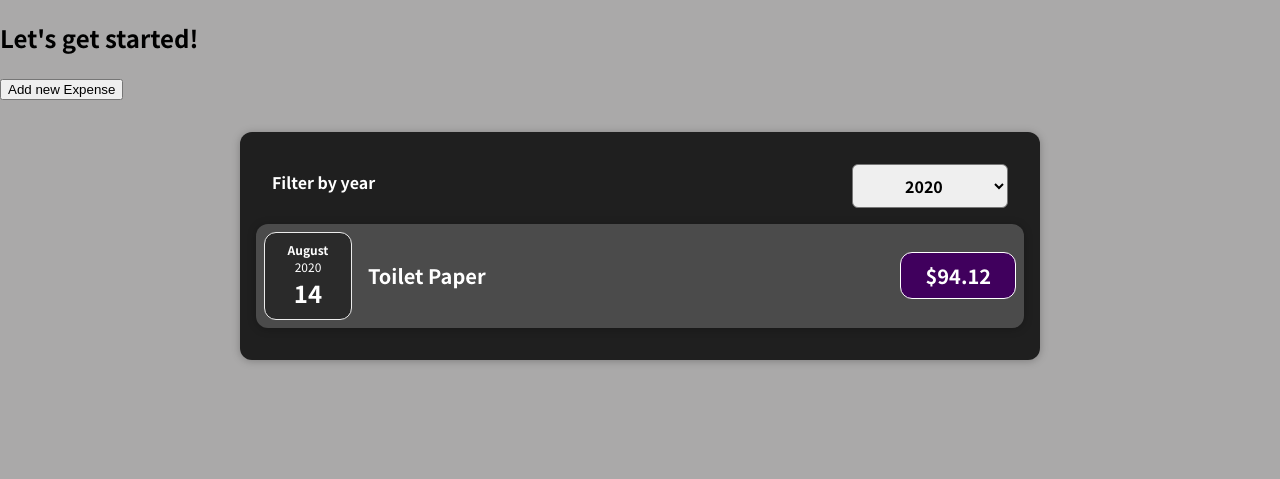
Repository: otvertka/MSC
Page: /
An editor plug-in stored every save of this project. The page is shown before and after the next save, followed by the edit.
The browser window is 1280 px wide. The pictures show the whole page.
The project was rebuilt for these pictures with package versions that can differ from the ones it lists, and the page was loaded fresh each time. Also part of the build but not shown: src/components/NewExpense/ExpenseForm.css, src/components/NewExpense/ExpenseForm.js.

Above is the page before, as saved 2023-07-01 10:56:32.

### src/index.css
@import url("https://fonts.googleapis.com/css2?family=Noto+Sans+JP:wght@400;700&display=swap");

* {
  box-sizing: border-box;
}

html {
  font-family: "Noto Sans JP", sans-serif;
}

body {
  margin: 0;
  background-color: #aaa9a9;
}

### src/App.js
// import ExpenseItem from "./components/ExpenseItem";
import React, { useState } from "react";
import Expenses from "./components/Expenses/Expenses";
import NewExpense from "./components/NewExpense/NewExpense";

const DUMMY_EXPENSES = [
  {
    id: "e1",
    title: "Toilet Paper",
    amount: 94.12,
    date: new Date(2020, 7, 14),
  },
  { id: "e2", title: "New TV", amount: 799.49, date: new Date(2021, 2, 12) },
  {
    id: "e3",
    title: "Car Insurance",
    amount: 294.67,
    date: new Date(2021, 2, 28),
  },
  {
    id: "e4",
    title: "New Desk (Wooden)",
    amount: 450,
    date: new Date(2021, 5, 12),
  },
];

const App = () => {
  const [expenses, setExpenses] = useState(DUMMY_EXPENSES);

  const addExpenseHandler = (expense) => {
    setExpenses((prevExpenses) => {
      return [expense, ...prevExpenses];
    });
    // setExpenses([expense, ...expenses]);
  };

  return (
    <div>
      <h2>Let's get started!</h2>
      <NewExpense onAddExpense={addExpenseHandler} />
      <Expenses items={expenses} />
    </div>
  );
};

export default App;

### src/components/Expenses/Expenses.js
import React, { useState } from "react";

import "./Expenses.css";
import Card from "../UI/Card";
import ExpensesFilter from "./ExpensesFilter";
import ExpensesList from "./ExpensesList";

const Expenses = (props) => {
  const [filteredYear, setFilteredYear] = useState("2020");

  const filterChangeHandler = (selectedYear) => {
    setFilteredYear(selectedYear);
  };

  const filteredExpenses = props.items.filter((expense) => {
    return expense.date.getFullYear().toString() === filteredYear;
  });

  return (
    <div>
      <Card className="expenses">
        <ExpensesFilter
          selected={filteredYear}
          onChangeFilter={filterChangeHandler}
        />
        <ExpensesList items={filteredExpenses} />
      </Card>
    </div>
  );
};

export default Expenses;

### src/components/NewExpense/NewExpense.js
import React, { useState } from "react";
import ExpenseForm from "./ExpenseForm";
import "./NewExpense.css";

const NewExpense = (props) => {
  const [isVisible, setIsVisible] = useState(false);

  const toggleVisibility = () => {
    setIsVisible(!isVisible);
  };

  if (isVisible === false) {
    return (
      <div>
        <button onClick={toggleVisibility}>Add new Expense</button>
      </div>
    );
  }

  const saveExpenseDataHandler = (enteredExpenseData) => {
    const expenseData = {
      ...enteredExpenseData,
      id: Math.random().toString(),
    };
    props.onAddExpense(expenseData);
  };

  return (
    <div className="new-expense">
      <ExpenseForm onSaveExpenseData={saveExpenseDataHandler} />
    </div>
  );
};
export default NewExpense;

### src/components/Expenses/ExpensesFilter.js
import React from "react";

import "./ExpensesFilter.css";

// const ExpensesFilter = (props) => {
//     const chooseExpenseFilter = (choosingFilterData)=> {
//         const choosingData = {
//             choosingFilterData
//         }
//         props.onChooseFilter(choosingData)
//     }
const ExpensesFilter = (props) => {
  const dropdownChangeHandler = (event) => {
    props.onChangeFilter(event.target.value);
  };
  return (
    <div className="expenses-filter">
      <div className="expenses-filter__control">
        <label>Filter by year</label>
        <select value={props.selected} onChange={dropdownChangeHandler}>
          <option value="2022">2022</option>
          <option value="2021">2021</option>
          <option value="2020">2020</option>
          <option value="2019">2019</option>
        </select>
      </div>
    </div>
  );
};

export default ExpensesFilter;

### src/components/Expenses/ExpensesList.js
import React from "react";
import ExpenseItem from "./ExpenseItem";
import "./ExpensesList.css";
const ExpensesList = (props) => {
  if (props.items.length === 0) {
    return <h2 className="expenses-list__fallback">Not found expenses.</h2>;
  }

  return (
    <ul className="expenses-list">
      {props.items.map((expense) => (
        <ExpenseItem
          key={expense.id}
          title={expense.title}
          amount={expense.amount}
          date={expense.date}
        />
      ))}
    </ul>
  );
};

export default ExpensesList;

### src/components/Expenses/ExpenseItem.js
import React from "react";
import Card from "../UI/Card";
import ExpenseDate from "./ExpenseDate";
import "./ExpenseItem.css";

const ExpenseItem = (props) => {
  return (
    <li>
      <Card className="expense-item">
        <ExpenseDate date={props.date} />
        <div className="expense-item__description">
          <h2>{props.title}</h2>
          <div className="expense-item__price">${props.amount}</div>
        </div>
      </Card>
    </li>
  );
};

export default ExpenseItem;

### src/components/Expenses/ExpenseItem.css
.expense-item {
  display: flex;
  justify-content: space-between;
  align-items: center;
  padding: 0.5rem;
  margin: 1rem 0;
  background-color: #4b4b4b;
}

.expense-item__description {
  display: flex;
  flex-direction: column;
  gap: 1rem;
  align-items: flex-end;
  flex-flow: column-reverse;
  justify-content: flex-start;
  flex: 1;
}

.expense-item h2 {
  color: #3a3a3a;
  font-size: 1rem;
  flex: 1;
  margin: 0 1rem;
  color: white;
}

.expense-item__price {
  font-size: 1rem;
  font-weight: bold;
  color: white;
  background-color: #40005d;
  border: 1px solid white;
  padding: 0.5rem;
  border-radius: 12px;
}

@media (min-width: 580px) {
  .expense-item__description {
    flex-direction: row;
    align-items: center;
    justify-content: flex-start;
    flex: 1;
  }

  .expense-item__description h2 {
    font-size: 1.25rem;
  }

  .expense-item__price {
    font-size: 1.25rem;
    padding: 0.5rem 1.5rem;
  }
}

### src/components/NewExpense/NewExpense.css
.new-expense {
  background-color: #a892ee;
  padding: 1rem;
  margin: 2rem auto;
  width: 50rem;
  max-width: 95%;
  border-radius: 12px;
  text-align: center;
  box-shadow: 0 1px 8px rgba(0, 0, 0, 0.25);
}

.new-expense button {
  font: inherit;
  cursor: pointer;
  padding: 1rem 2rem;
  border: 1px solid #40005d;
  background-color: #40005d;
  color: white;
  border-radius: 12px;
  margin-right: 1rem;
}

.new-expense button:hover,
.new-expense button:active {
  background-color: #510674;
  border-color: #510674;
}

.new-expense button.alternative {
  color: #220131;
  border-color: transparent;
  background-color: transparent;
}

.new-expense button.alternative:hover,
.new-expense button.alternative:active {
  background-color: #ddb3f8;
}

Loaded but not shown: public/index.html (common file); src/index.js (common file); src/components/Expenses/Expenses.css (common file); src/components/UI/Card.js (common file); src/components/UI/Card.css (common file); src/components/Expenses/ExpensesFilter.css (common file); src/components/Expenses/ExpensesList.css (common file); src/components/Expenses/ExpenseDate.js (common file); src/components/Expenses/ExpenseDate.css (common file)

After the next save:
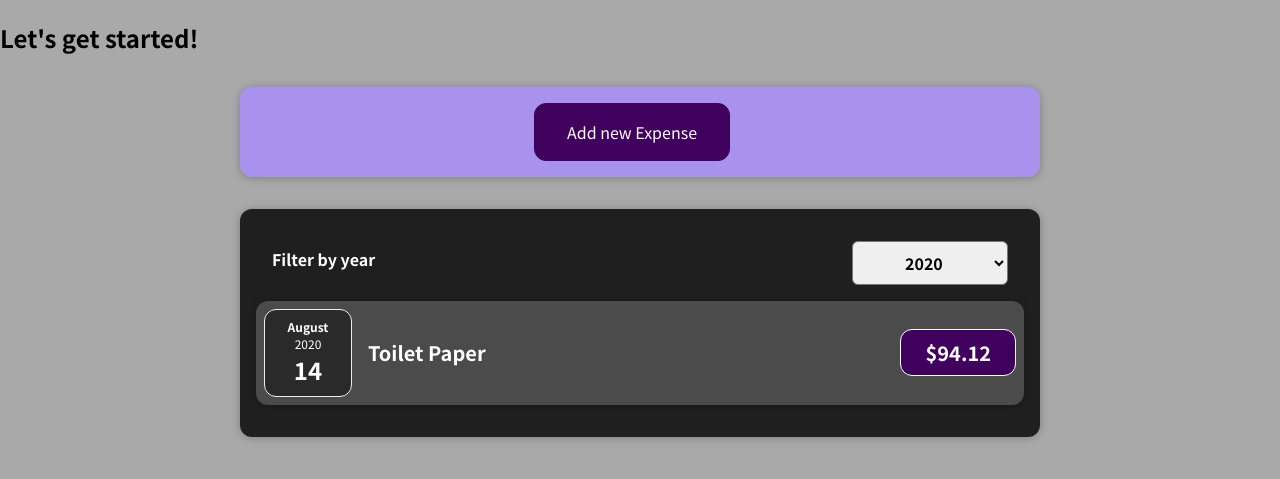
Saved 21 min 36 s later.
--- a/src/components/NewExpense/NewExpense.js
+++ b/src/components/NewExpense/NewExpense.js
@@ -9,13 +9,13 @@ const NewExpense = (props) => {
     setIsVisible(!isVisible);
   };
 
-  if (isVisible === false) {
-    return (
-      <div>
-        <button onClick={toggleVisibility}>Add new Expense</button>
-      </div>
-    );
-  }
+  // if (isVisible === false) {
+  //   return (
+  //     <div>
+  //       <button onClick={toggleVisibility}>Add new Expense</button>
+  //     </div>
+  //   );
+  // }
 
   const saveExpenseDataHandler = (enteredExpenseData) => {
     const expenseData = {
@@ -27,7 +27,8 @@ const NewExpense = (props) => {
 
   return (
     <div className="new-expense">
-      <ExpenseForm onSaveExpenseData={saveExpenseDataHandler} />
+      <button onClick={toggleVisibility}>Add new Expense</button>
+      {isVisible && <ExpenseForm onSaveExpenseData={saveExpenseDataHandler} />}
     </div>
   );
 };
